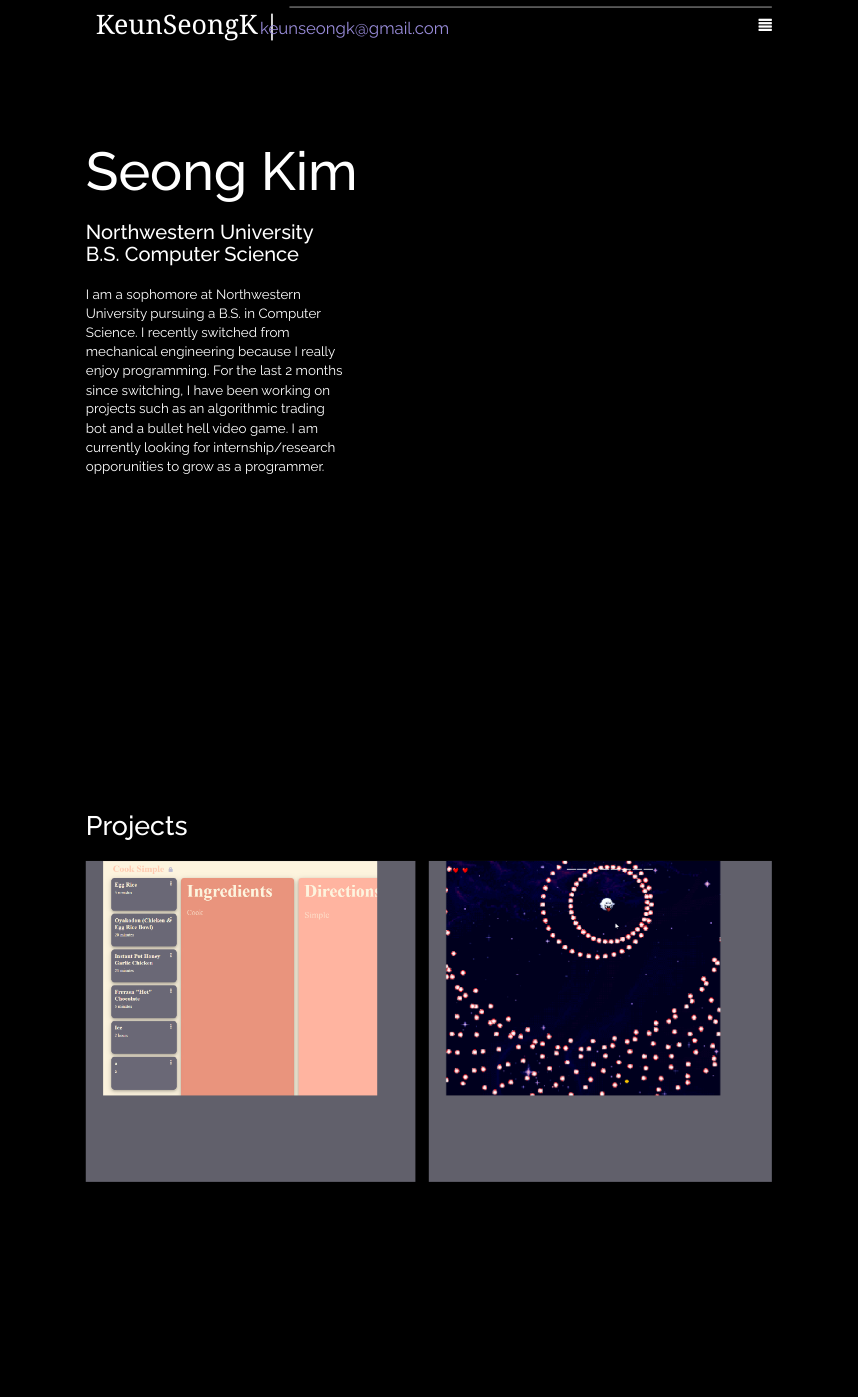
Repository: oqueuo/personal-site
Page: index.html
An editor plug-in stored every save of this project. The page is shown before and after the next save, followed by the edit.
The browser window is 1280 px wide. The pictures show the whole page, at 67% of full size.

Above is the page before, as saved 2020-09-21 18:15:40.

After the next save:
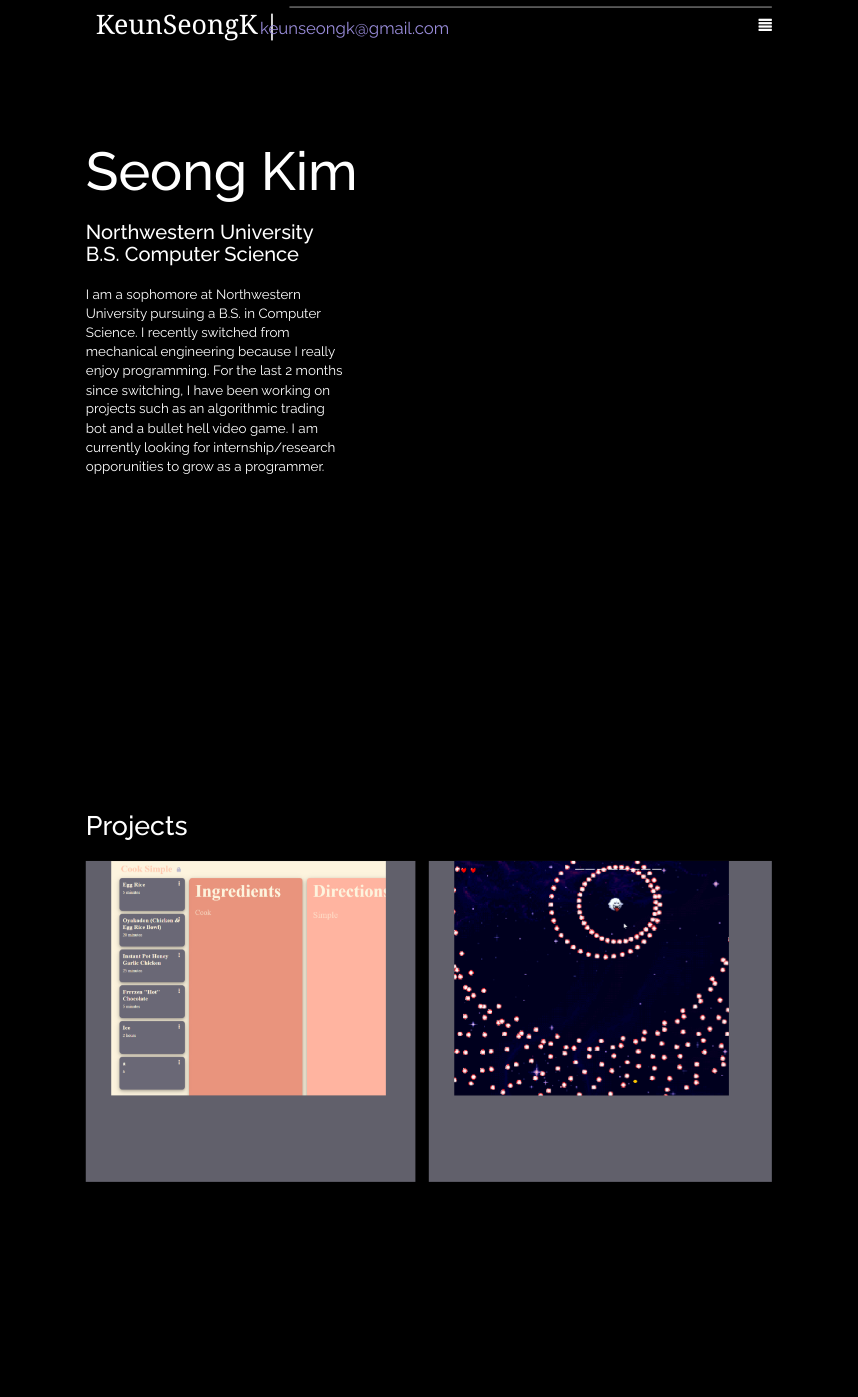
Saved 5 s later.
--- a/styles.css
+++ b/styles.css
@@ -127,7 +127,7 @@ ul a:active, #email:active, .more-info-on-github:active {
     height: 70%;
     position: absolute;
     background-size: cover;
-    margin-left: 5% !important;
+    margin-left: 7.5% !important;
     transition: .5s ease;
     backface-visibility: hidden;
 }
